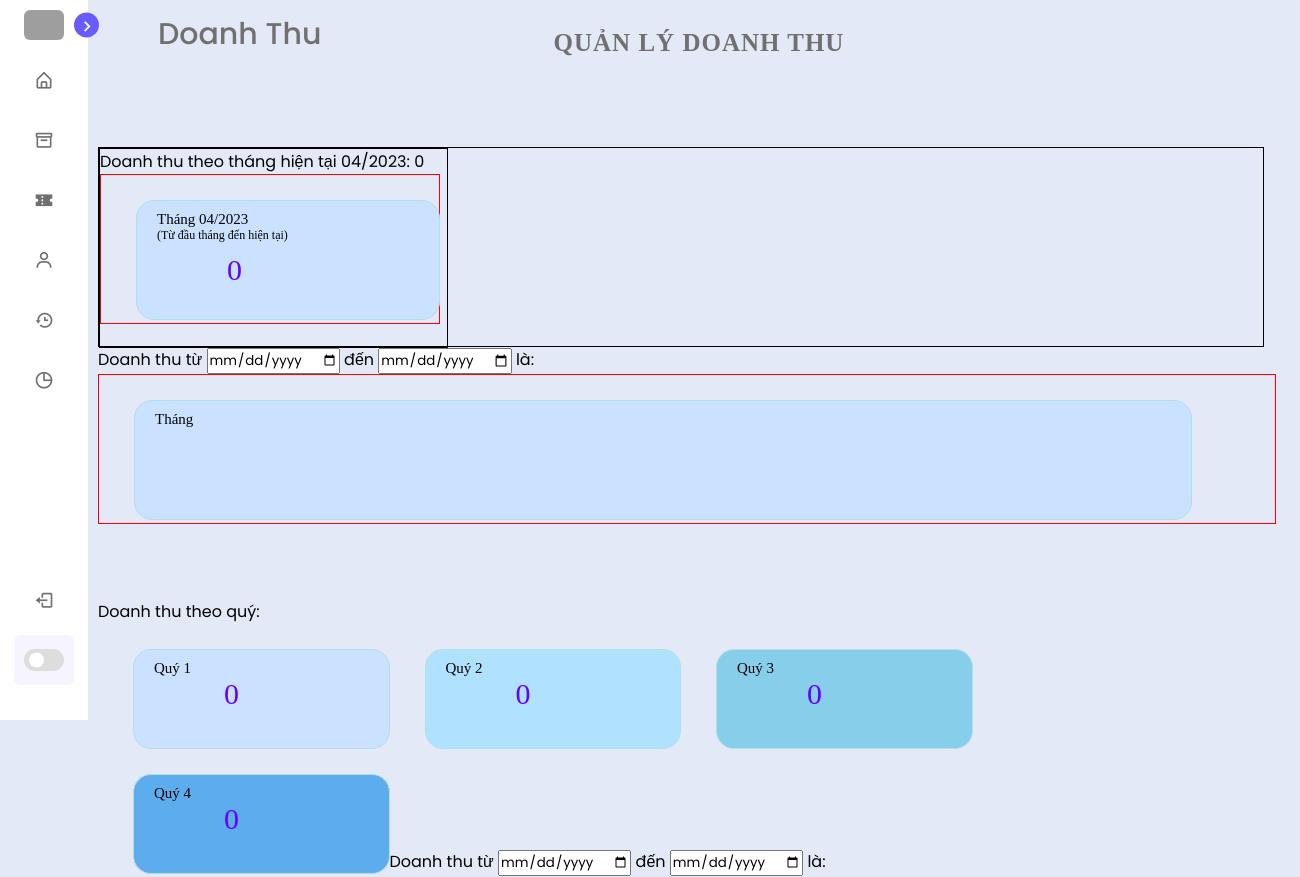
Repository: JeffDaveHudson/CapstoneProject
Page: http://localhost/CapstoneProject/revenue
An editor plug-in stored every save of this project. The page is shown before and after the next save, followed by the edit.
The browser window is 1280 px wide. The page is 1300 px wide, so the pictures cover 1300 px, including what lies to the right of the window. The pictures show the whole page.
Pictures or frames that could not be fetched are drawn as grey boxes. The page is served by Tomcat 9. Queries for data that is not in the repository find no rows.

Above is the page before, as saved 2023-06-14 04:46:44.

After the next save:
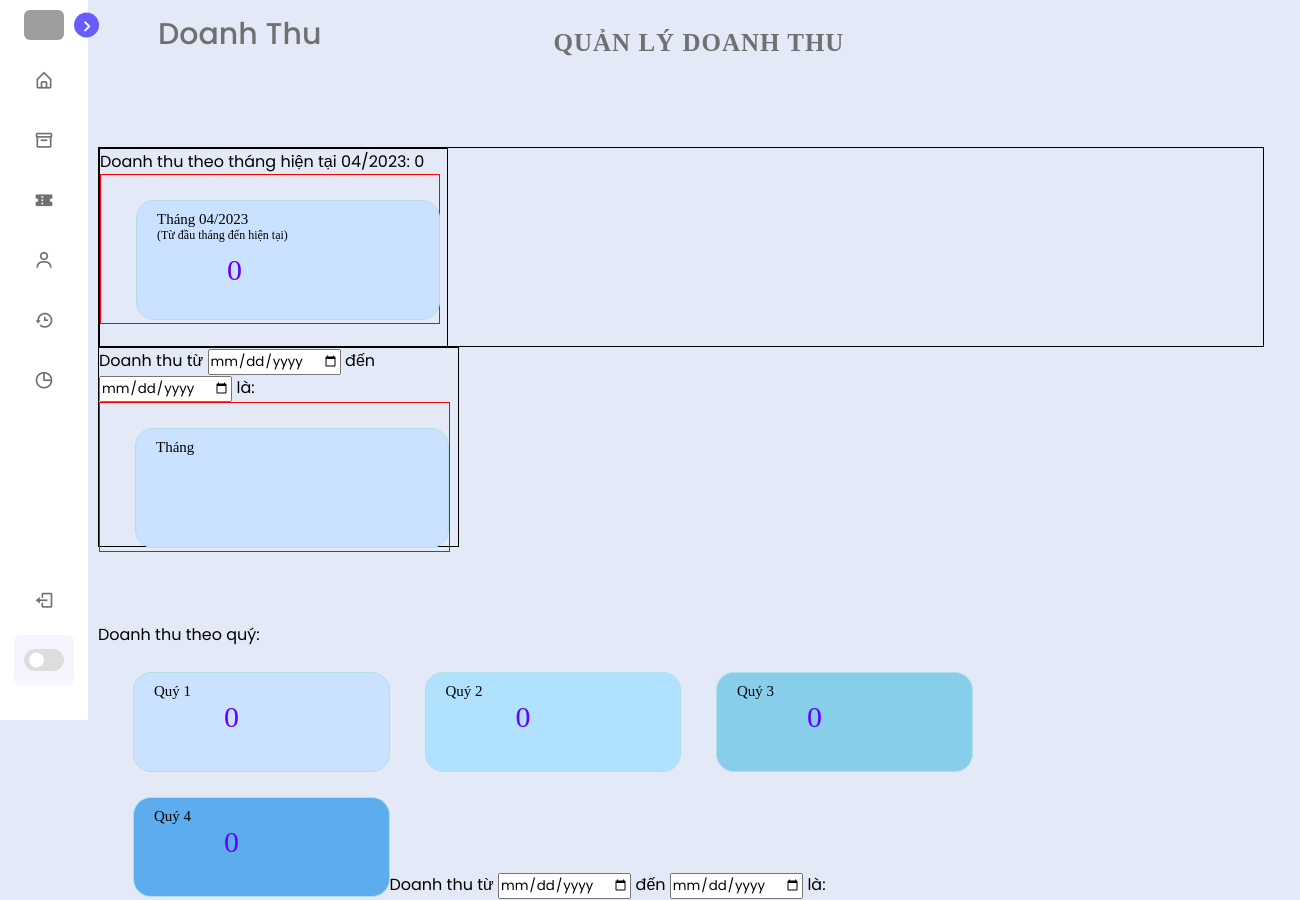
Saved 68 s later.
--- a/CapstoneProject/src/main/webapp/admin/Revenue.jsp
+++ b/CapstoneProject/src/main/webapp/admin/Revenue.jsp
@@ -107,6 +107,51 @@
 	height: 200px;
 	border: 1px solid;
 }
+
+.wrapper-div3 {
+	width: 30%;
+	height: 200px;
+	border: 1px solid;
+}
+
+.div3 {
+	border: 1px solid red;
+	width: 98%;
+	height: 150px;
+}
+
+.div3 .div3-3 {
+	border: 1px solid #B0E0E6;
+	width: 90%;
+	height: 120px;
+	border-radius: 18px;
+	float: left;
+	margin-left: 35px;
+	margin-top: 25px;
+}
+
+.div3 .div3-3 .quarter {
+	margin-top: 10px;
+	margin-left: 20px;
+	font-family: cursive;
+	font-size: 15px;
+}
+
+.div3 .div3-3 .value {
+	margin-left: 90px;
+	font-family: fantasy;
+	font-size: 30px;
+	color: #6600FF;
+	margin-top: 10px;
+}
+
+.div3 .div3-3 .notice {
+	margin-left: 20px;
+	font-family: cursive;
+	font-size: 12px;
+}
+
+
 </style>
 
 
